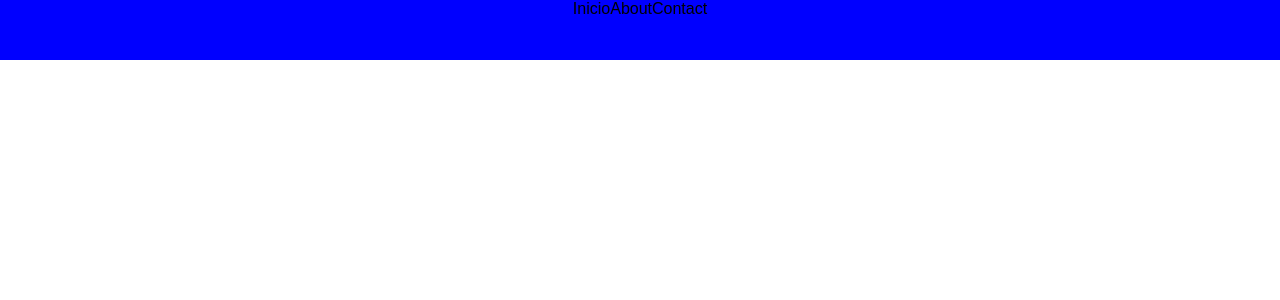
Repository: Toydrum/React-HectorCoronado
Page: /
These files come from the project's save history. The page is drawn as it stood at one moment and after the next save; the edit follows.
The browser window is 1280 px wide. The pictures show the whole page.
The project was rebuilt for these pictures with package versions that can differ from the ones it lists, and the page was loaded fresh each time. Also part of the build but not shown: src/components/Navbar/Navbar.css.

Above is the page before, as saved 2023-06-03 05:38:07.

After the next save:
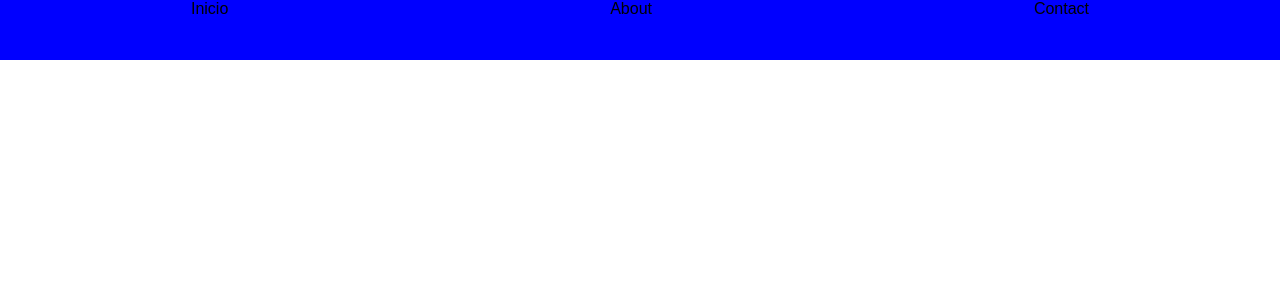
Saved 14 s later.
--- a/src/components/Navbar/Navbar.js
+++ b/src/components/Navbar/Navbar.js
@@ -4,7 +4,7 @@ import "./NavBar.css"
 const styles = {
   NavBar: {
     display: "flex",
-    justifyContent: "center",
+    justifyContent: "space-around",
     listStyleType: "none",
     fontFamily: "sans-serif",
     backgroundColor: "blue",
